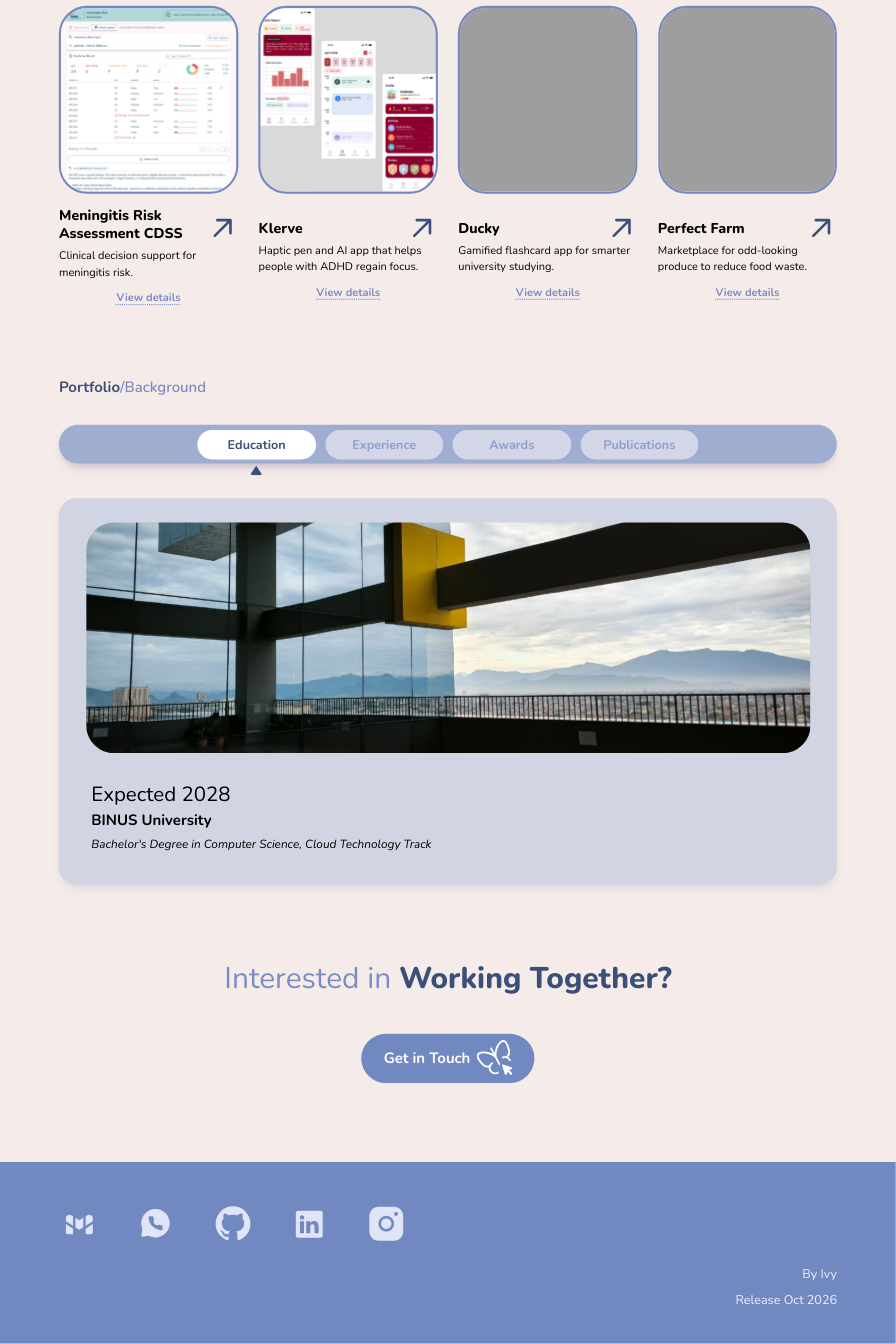
Repository: L-vy/L-vy
Page: /
These files come from the project's save history. The page is drawn as it stood at one moment and after the next save; the edit follows.
The browser window is 1280 px wide. The pictures show the part of the page from y = 1335 to 3255 px (the page is 3255 px tall before and 3245 px after), at 70% of full size.
Pictures or frames that could not be fetched are drawn as grey boxes. Some web fonts or font styles are not loaded; a fallback is used. The project was rebuilt for these pictures with package versions that can differ from the ones it lists, and the page was loaded fresh each time. Also part of the build but not shown: vite.config.ts, src/components/ExperienceBinder.tsx, src/components/FolderCard.tsx, src/components/ProjectSidebar.tsx, src/pages/ProjectDetails.tsx.

Above is the page before, as saved 2026-10-07 22:02:06.

After the next save:
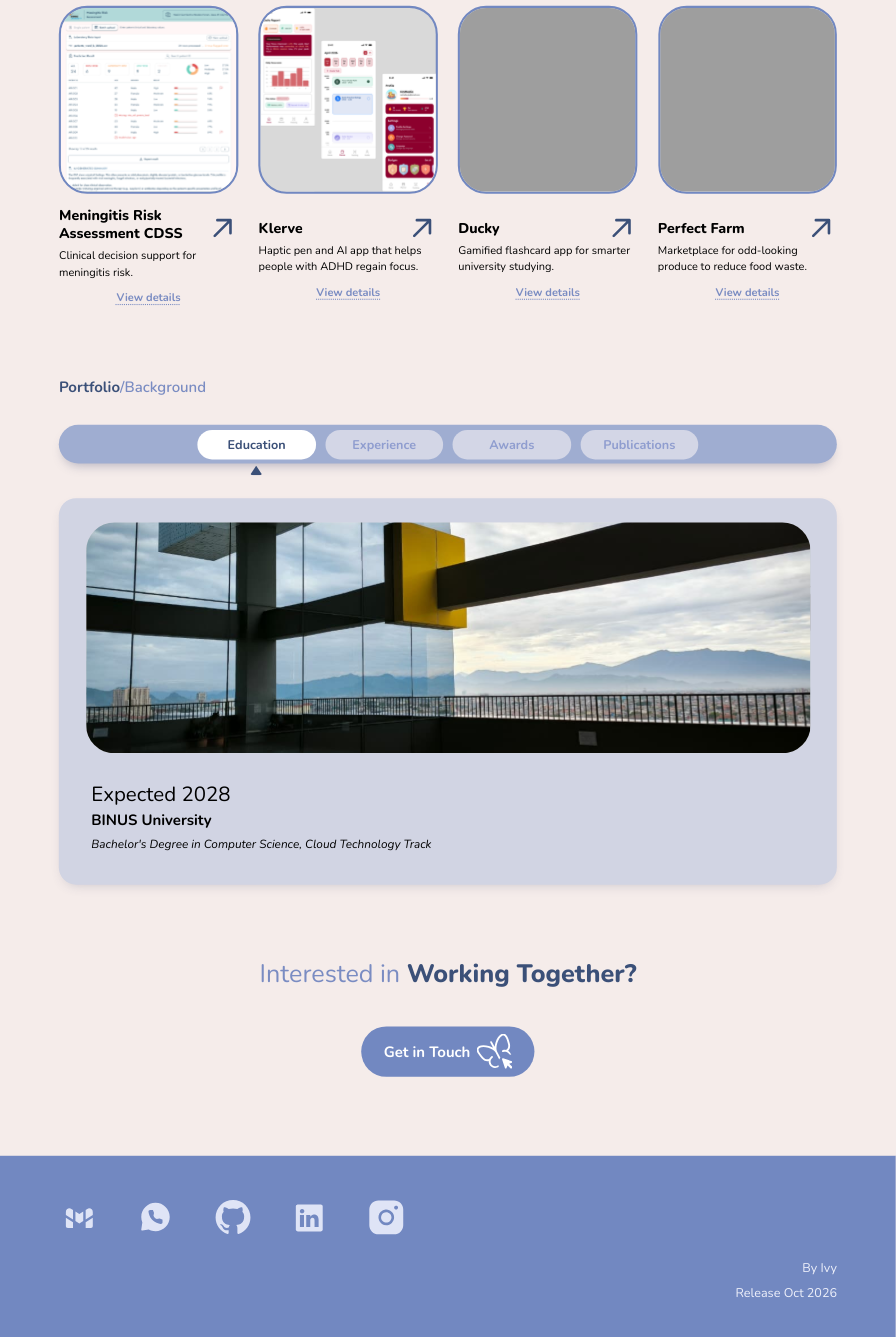
Saved 10 s later.
--- a/src/styles.css
+++ b/src/styles.css
@@ -123,7 +123,7 @@ h1{margin-top:0.25rem;font:400 2.5rem/1.35 'Playwrite US Modern','Nunito',cursiv
 .zig .sp:nth-child(3){--r:1deg;left:-1%;top:14.125rem}
 .p1{left:47%;top:0.5rem;width:29%;height:8.4375rem;--r:1deg}
 .p2{left:66%;top:4.875rem;width:27%;height:auto;aspect-ratio:210/297;--r:-1deg}
-.endnote{font-size:2.375rem;font-weight:400;color:var(--peri);margin-bottom:1.375rem}
+.endnote{font-size:2.0rem;font-weight:400;color:var(--peri);margin-bottom:1.375rem}
 .endnote-highlight{font-weight:800;color:var(--ink)}
 .contact{text-align:center;padding:5.75rem 0 6.25rem}
 .contact h2{font-size:2.25rem;font-weight:400}
